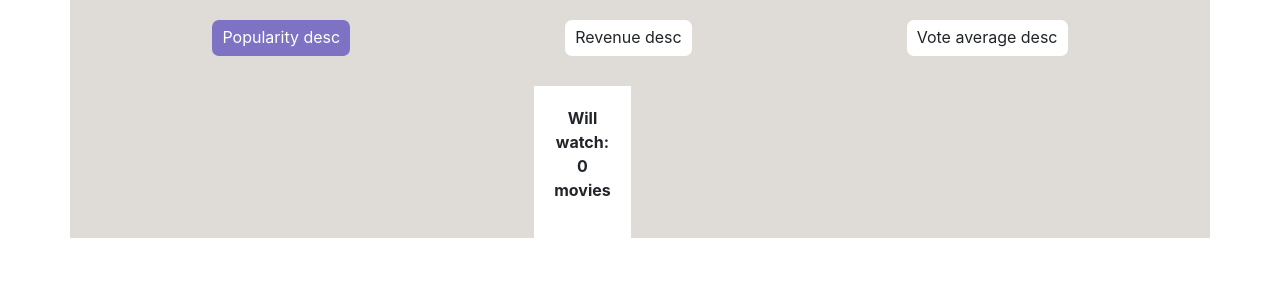
Repository: mamulini/movieslist
Page: /
These files come from the project's save history. The page is drawn as it stood at one moment and after the next save; the edit follows.
The browser window is 1280 px wide. The pictures show the whole page.
The page's requests for data from a server got no answer. Some web libraries are served in a nearby version. The project was rebuilt for these pictures with package versions that can differ from the ones it lists, and the page was loaded fresh each time. No one was signed in, and anything a server would have sent is missing. Also part of the build but not shown: src/component/MovieItem.jsx.

Above is the page before, as saved 2020-03-12 17:15:50.

After the next save:
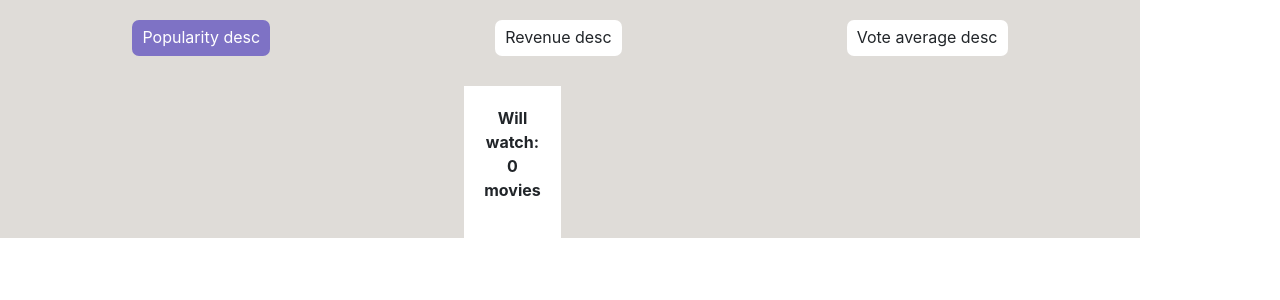
Saved 116 s later.
--- a/src/container/App.css
+++ b/src/container/App.css
@@ -1,5 +1,7 @@
 
 .container{
+  padding: 0;
+  margin: 0;
   width: 100%;
   display: flex;
   flex-direction: column;
